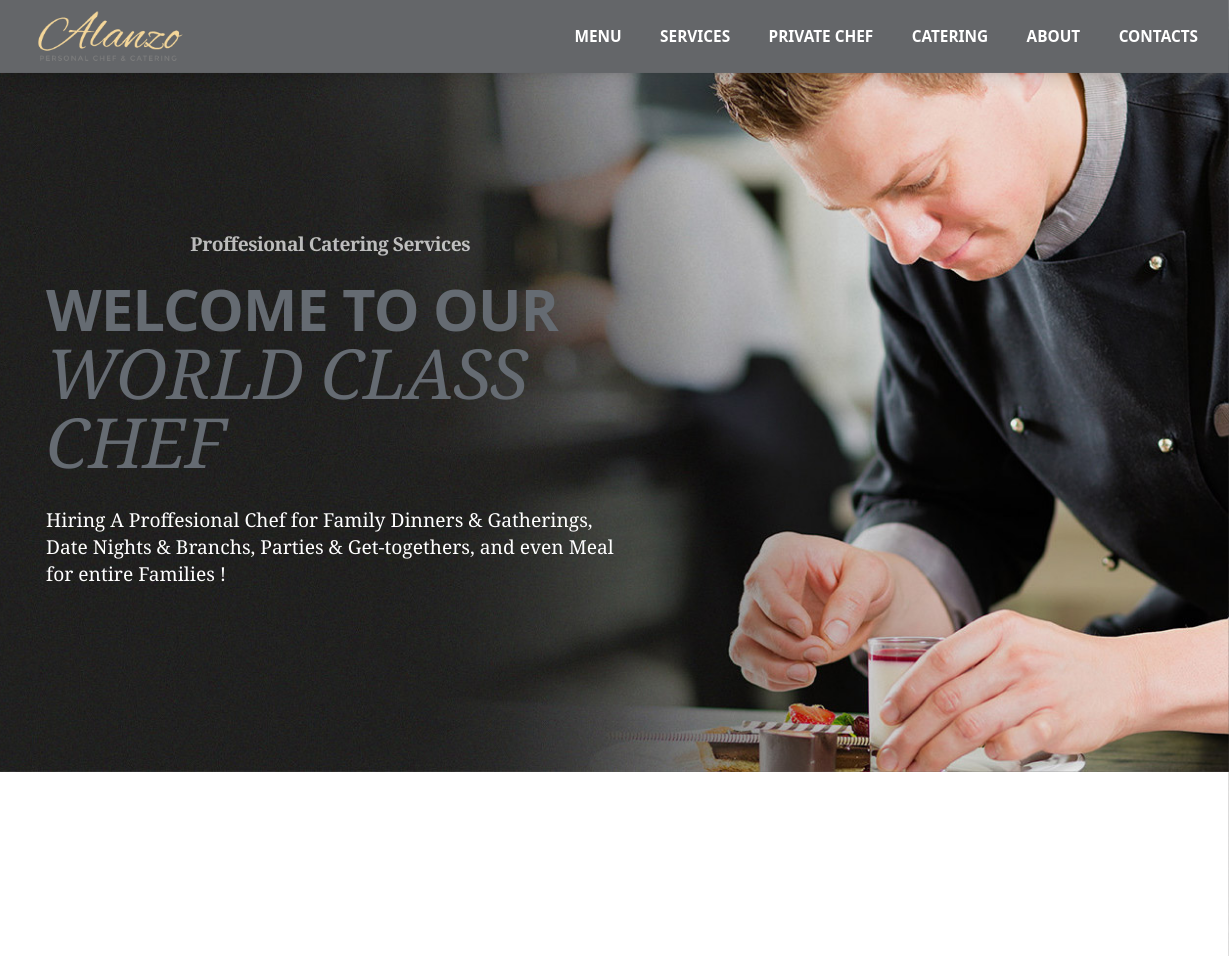
Repository: remydev47/alanzo
Page: /
The author's editor kept a copy of each file at every save. The page is drawn from the files as they stood at one save, then again after the next save.
The browser window is 1280 px wide. The pictures show the whole page, at 96% of full size.
The project was rebuilt for these pictures with package versions that can differ from the ones it lists, and the page was loaded fresh each time. The framework's server and built-in components were replaced by stand-ins that run in the browser. Also part of the build but not shown: next.config.js, components/Aboutus.tsx, components/Consulting.tsx, components/Catering.tsx, components/Menu.tsx, components/Testimonials.tsx, components/CTA.tsx, components/Footer.tsx.

Above is the page before, as saved 2022-12-17 11:48:36.

### pages/_app.tsx
import '../styles/globals.css'
import type { AppProps } from 'next/app'
import Navbar from '../components/Navbar'

function MyApp({ Component, pageProps }: AppProps) {
  return (
    <>
      <Navbar />
      <Component {...pageProps} />
    </>
  )
}

export default MyApp

### pages/index.tsx
import type { NextPage } from 'next'
import Head from 'next/head'
import Image from 'next/image'
import { Hero, Services } from '../components'


const Home: NextPage = () => {
  return (
    <div className="bg-[url('/images/bg_2.jpg')]">
      <Head>
        <title>Avantos</title>
        <link rel="icon" href="/favicon.ico" />
      </Head>
      <Hero />
      <Services />

    </div>
  )
}

export default Home

### components/Navbar.tsx
import React from 'react';
import { navLinks } from '../constants';
import Menupopover from './Menupopover';
import Image from 'next/image';
import Logo from './Logo';
import { Button } from './Button';

const Navbar = () => {
  return (
    <header className="fixed inset-x-0 bg-[#646669] z-20 flex justify-between items-center py-2 px-2 shadow-lg dark:bg-slate-900 sm:py-3 sm:px-8">
            <div className='flex grow-0 basis-1/3 md:hidden'>
                <Menupopover />
            </div>

             <div className='flex grow-0 ml-2 justify-center md:justify-start'>
                <Logo />

            </div>


            <ul className="list-none sm:flex hidden justify-end items-center flex-1">
            {navLinks.map((nav, index) => (
                <li
                key={nav.id}
                className={`font-bold cursor-pointer text-[16px]
                   ${index === navLinks.length - 1 ? 'mr-0' : 'mr-10'}
                  text-white `}
                >
                    <a>{nav.title}</a>
                </li>
            ))}
           </ul>


        </header>
  )
}

export default Navbar

### components/index.ts
import Hero from "./Hero";
import Services from "./Services";
import Aboutus from "./Aboutus";
import Consulting from "./Consulting";
import Catering from "./Catering";
import Menu from "./Menu";
import Testimonials from "./Testimonials";
import CTA from "./CTA";
import Footer from "./Footer";

export {
    Hero, Services, CTA, Catering, Consulting, Footer, Menu, Aboutus, Testimonials
}

### constants/index.ts
export const navLinks =[
    {
        id:"menu",
        title:"MENU",
    },
    {
        id:"services",
        title:"SERVICES",
    },
    {
        id:"privatechef",
        title:"PRIVATE CHEF",
    },
    {
        id:"catering",
        title:"CATERING",
    },
    {
        id:"aboutus",
        title:"ABOUT",
    },
    {
        id:"contacts",
        title:"CONTACTS",
    },
]

### components/Menupopover.tsx
import React, {useState, Fragment} from 'react';
import { navLinks } from '../constants';
import { IconButton, Button } from './Button';
import { Transition, Dialog } from '@headlessui/react';
import Logo from './Logo';
import Image from 'next/image';

const Menupopover = () => {
  const [isOpen, setIsOpen] = useState(false)

  return (
    <div>
    <IconButton
      variant='ghost'
      aria-label='menu'
      onClick={() => setIsOpen(!isOpen)}
    >
      <svg className='w-6 h-6 ' fill='none' stroke='currentColor'>
        <path
          strokeLinecap='round'
          strokeLinejoin='round'
          strokeWidth={2}
          d='M4 6h16M4 12h16M4 18h16'
        />
      </svg>
    </IconButton>
    <Transition
      show={isOpen}
      appear
      as={Fragment}
      enter='transform transition ease-in-out duration-300'
      enterFrom='-translate-x-full'
      enterTo='translate-x-0'
      leave='transform transition ease-in-out duration-300 delay-200'
      leaveFrom='translate-x-0'
      leaveTo='-translate-x-full'
     >
     <Dialog
       as='div'
       className={`fixed inset-0 z-50`}
       onClose={setIsOpen}
       open={isOpen}
       >
       <Transition.Child
         as={Fragment}
         enter='ease-out duration-300 delay-300'
         enterFrom='opacity-0'
         enterTo='opacity-100'
         leave='ease-in duration-200'
         leaveFrom='opacity-100'
         leaveTo='opacity-0'
       >

        <Dialog.Overlay
          className={`fixed inset-0 bg-black/20 backdrop-blur-sm dark:bg-gray-900/80`}
         />
      </Transition.Child>
       <div className={styles.dialogcontainer}>
        <a className='mx-auto mt-4 flex w-[140px] '>
          <Logo />
        </a>
        <ul
            className={styles.navWrapper2}
         >
            {navLinks.map((nav, index) => (
                <li
                 key={nav.id}
                 className={` font-bold cursor-pointer text-[16px]
                  mt-2 border-t border-slate-200 py-4 dark:border-slate-600
                  ${index === navLinks.length - 1 ? 'mr-0' : 'mb-4'}
                  text-white `}
                >
                 <a href={`#${nav.id}`}>
                    {nav.title}
                 </a>
                </li>
             ))}
         </ul>

        <IconButton
          variant='ghost'
          aria-label='close menu'
          className='absolute top-5 right-5'
          onClick={() => setIsOpen(false)}
        >
          <svg
            viewBox='0 0 10 10'
            className='h-2.5 w-2.5 overflow-visible'
            aria-hidden='true'
          >
            <path
                d='M0 0L10 10M10 0L0 10'
                fill='none'
                stroke='currentColor'
                strokeWidth='2'
                strokeLinecap='round'
              />
          </svg>
        </IconButton>
       </div>
     </Dialog>
    </Transition>
  </div>
  )
}

export default Menupopover;

const styles ={
  dialogcontainer:`fixed top-0 bottom-0 left-0 w-full max-w-xs rounded-r-xl bg-[#092341] p-6 shadow-lg dark:bg-gray-800`,
  menuitems:`group relative flex h-9 items-center oveflow-hidden rounded-md hover:bg-slate-200/50`,
  navWrapper2:`list-none flex flex-col justify-end items-center flex-1`,
}

### components/Logo.tsx
import React from 'react'
import Image from 'next/image'

const Logo = () => {
  return (
    <div>
      <Image
        src='/images/logo.png'
        alt='Alanzo'
        height={60}
        width={150}
      />
    </div>
  )
}

export default Logo

### components/Hero.tsx
import React from 'react'

const Hero = () => {
  return (
    <section className='relative pt-48 pb-12 xl:pt-60 sm:pb-16 lg:pb-32 xl:pb-48 2xl:pb-56'>
    <div className="absolute inset-0">
     <img className="object-cover w-full h-full" src="/images/hero.jpg" alt="" />
    </div>
   <div className='relative'>
    <div className="px-6 mx-auto sm:px-8 lg:px-12 max-w-7xl">
      <div className="w-full lg:w-2/3 xl:w-1/2">
        <h1 className="font-serif text-xl font-bold tracking-tight text-white text-opacity-70 text-center">Proffesional Catering Services</h1>
        <p className="mt-6 tracking-tighter text-[#656b72]">
          <span className="font-sans font-bold text-6xl">WELCOME TO OUR </span><br />
          <span className="font-serif italic font-BOLD text-7xl">WORLD CLASS CHEF</span>
        </p>
        <p className="mt-8 font-erif text-xl font-serif text-[#fff]">
          Hiring A Proffesional Chef for Family Dinners & Gatherings, Date Nights & Branchs, Parties & Get-togethers, and even Meal for entire Families !
        </p>
      </div>
    </div>
   </div>
  </section>
  )
}

export default Hero

### components/Services.tsx
import React from 'react'

const Services = () => {
  return (
    <section className="bg-[#fff] sm:py-16 lg:py-24">

    </section>
  )
}

export default Services

### components/Button/index.tsx
import React, { forwardRef } from "react";
//import { __DEV__ } from "../../utils/assertions";

type BaseButtonProps = Omit<React.HTMLProps<HTMLButtonElement>, "size">;

/* === Button Element === */

export interface ButtonProps extends BaseButtonProps {
  children: React.ReactNode;
  fullWidth?: boolean;
  className?: string;
  variant?: "solid" | "outline" | "ghost";
  size?: "sm" | "md" | "lg";
  as?: string;
  isExternal?: boolean;
  type?: "button" | "submit" | "reset";
}

export const Button = forwardRef<HTMLButtonElement, ButtonProps>(
  (
    {
      children,
      variant = "solid",
      size = "md",
      fullWidth = false,
      className,
      as = "button",
      isExternal = false,
      ...rest
    },
    ref
  ) => {
    let tempClassNames: string[] = [];

    const sharedClasses = [
      "capitalize",
      "focus:outline-none",
      "focus:ring-2",
      "focus:ring-indigo-400",
      "focus:ring-offset-2",
      "focus:ring-offset-indigo-50",
      "font-semibold",
      "rounded-full",
      "inline-flex",
      "flex-shrink-0",
      "items-center",
      "justify-center",
      "transition-colors",
      "ease-in-out",
      "duration-500",
    ];

    if (fullWidth) sharedClasses.push("w-full");

    // handle variants
    let btnSolid = ["bg-indigo-600", "hover:bg-indigo-700", "text-white"];
    let btnOutline = [
      "dark:text-white",
      "hover:text-indigo-700",
      "hover:dark:text-indigo-700",
      "bg-transparent",
      "hover:bg-indigo-50",
      "border",
      "border-indigo-600",
    ];
    let btnGhost = [
      "bg-transparent",
      "dark:text-white",
      "hover:bg-indigo-50",
      "hover:text-indigo-700",
      "hover:dark:text-indigo-700",
    ];

    if (variant === "solid") {
      tempClassNames = [...sharedClasses, ...btnSolid];
    } else if (variant === "outline") {
      tempClassNames = [...sharedClasses, ...btnOutline];
    } else if (variant === "ghost") {
      tempClassNames = [...sharedClasses, ...btnGhost];
    }

    // handle sizes
    let sizeSm = ["h-8", "px-2", "text-sm"];
    let sizeMd = ["h-10", "px-3"];
    let sizeLg = ["h-12", "px-4", "text-lg"];

    if (size === "sm") {
      tempClassNames = [...tempClassNames, ...sizeSm];
    } else if (size === "md") {
      tempClassNames = [...tempClassNames, ...sizeMd];
    } else if (size === "lg") {
      tempClassNames = [...tempClassNames, ...sizeLg];
    }

    let classes = tempClassNames.join(" ");

    let Element = as ? (
      React.createElement(
        as,
        {
          className: `${classes} ${className}`,
          target: isExternal ? "_blank" : undefined,
          rel: isExternal ? "noopener noreferrer" : undefined,
          ref,
          ...rest,
        },
        children
      )
    ) : (
      <button {...rest} className={`${classes} ${className}`} ref={ref}>
        {children}
      </button>
    );

    return Element;
  }
);

// if (__DEV__) {
//   Button.displayName = "Button";
// }

/* === IconButton Element === */

export interface IconButtonProps extends ButtonProps {
  icon?: React.ReactElement;
  "aria-label": string;
}

export const IconButton = forwardRef<HTMLButtonElement, IconButtonProps>(
  (
    {
      children,
      icon,
      className,
      "aria-label": ariaLabel,
      size = "md",
      ...rest
    },
    ref
  ) => {
    let sharedClasses = ["rounded-full", "!px-0"];

    // handle sizes
    let sizeSm = ["w-8"];
    let sizeMd = ["w-10"];
    let sizeLg = ["w-12"];

    if (size === "sm") {
      sharedClasses = [...sharedClasses, ...sizeSm];
    } else if (size === "md") {
      sharedClasses = [...sharedClasses, ...sizeMd];
    } else if (size === "lg") {
      sharedClasses = [...sharedClasses, ...sizeLg];
    }

    /**
     * Passing the icon as prop or children should work
     */
    const element = icon || children;
    const _children = React.isValidElement(element)
      ? React.cloneElement(element as any, {
          "aria-hidden": true,
          focusable: false,
        })
      : null;

    let classes = sharedClasses.join(" ");
    return (
      <Button
        className={`${classes} ${className}`}
        aria-label={ariaLabel}
        size={size}
        {...rest}
        ref={ref}
      >
        {_children}
      </Button>
    );
  }
)

### tailwind.config.js
/** @type {import('tailwindcss').Config} */
module.exports = {
  content: [
    './pages/**/*.{js,ts,jsx,tsx}',
    './components/**/*.{js,ts,jsx,tsx}',
  ],
  theme: {
    extend: {
      backgroundImage: {
        'bg_2': "url('/images/bg_2.jpg')",
      },
      colors: {
        'primary-black': '#1A232E',
        'secondary-white': '#c7c7c7',
      },
    },
  },
  plugins: [],
}

Loaded but not shown: styles/globals.css (common file)

After the next save:
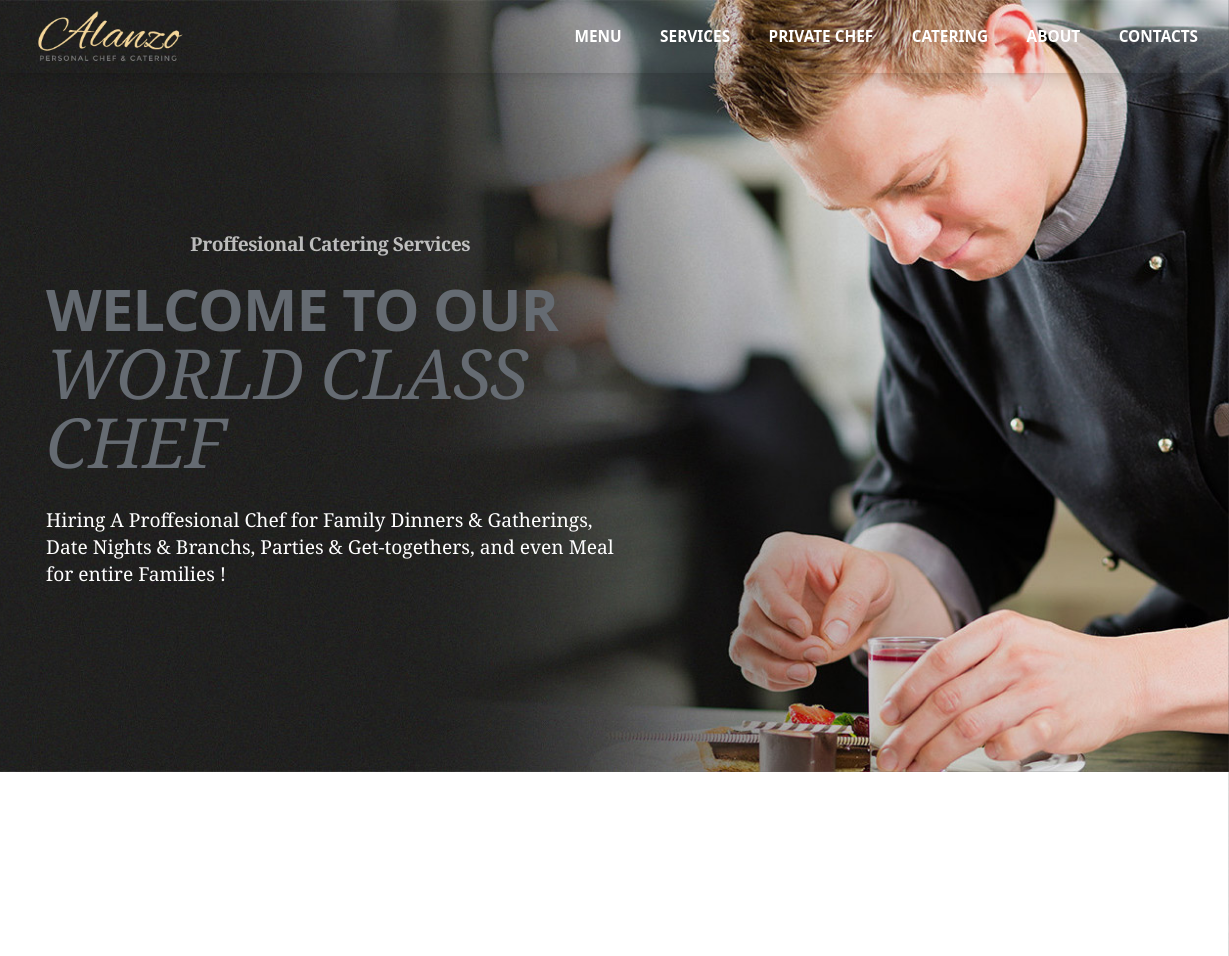
Saved 61 s later.
--- a/components/Navbar.tsx
+++ b/components/Navbar.tsx
@@ -7,7 +7,7 @@
 
 const Navbar = () => {
   return (
-    <header className="fixed inset-x-0 bg-[#646669] z-20 flex justify-between items-center py-2 px-2 shadow-lg dark:bg-slate-900 sm:py-3 sm:px-8">
+    <header className="fixed inset-x-0 bg-transparent z-20 flex justify-between items-center py-2 px-2 shadow-lg dark:bg-slate-900 sm:py-3 sm:px-8">
             <div className='flex grow-0 basis-1/3 md:hidden'>
                 <Menupopover />
             </div>
